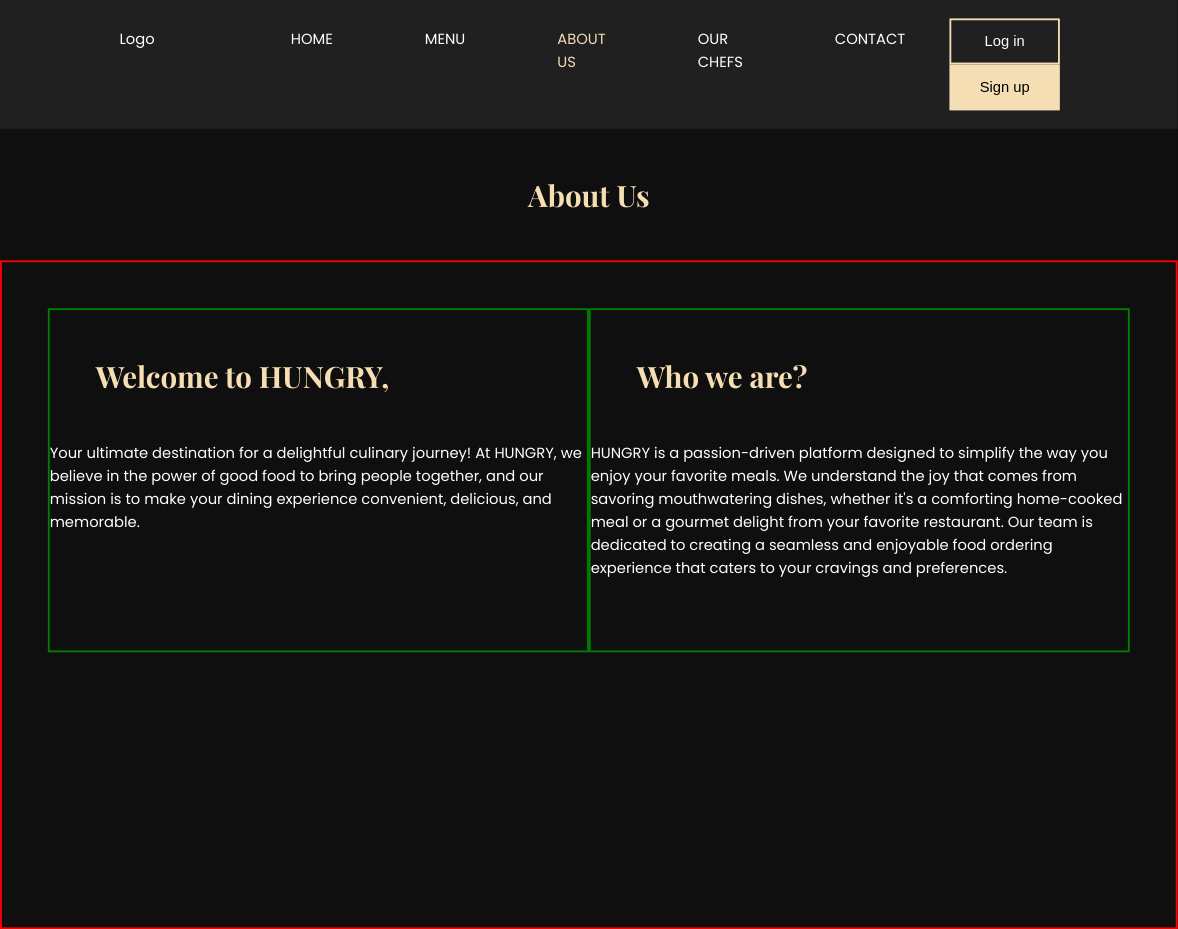
Repository: ThisIsSahaj/NSP
Page: about.html
The author's editor kept a copy of each file at every save. The page is drawn from the files as they stood at one save, then again after the next save.
The browser window is 1280 px wide. The pictures show the whole page, at 92% of full size.

Above is the page before, as saved 2023-12-26 22:16:04.

After the next save:
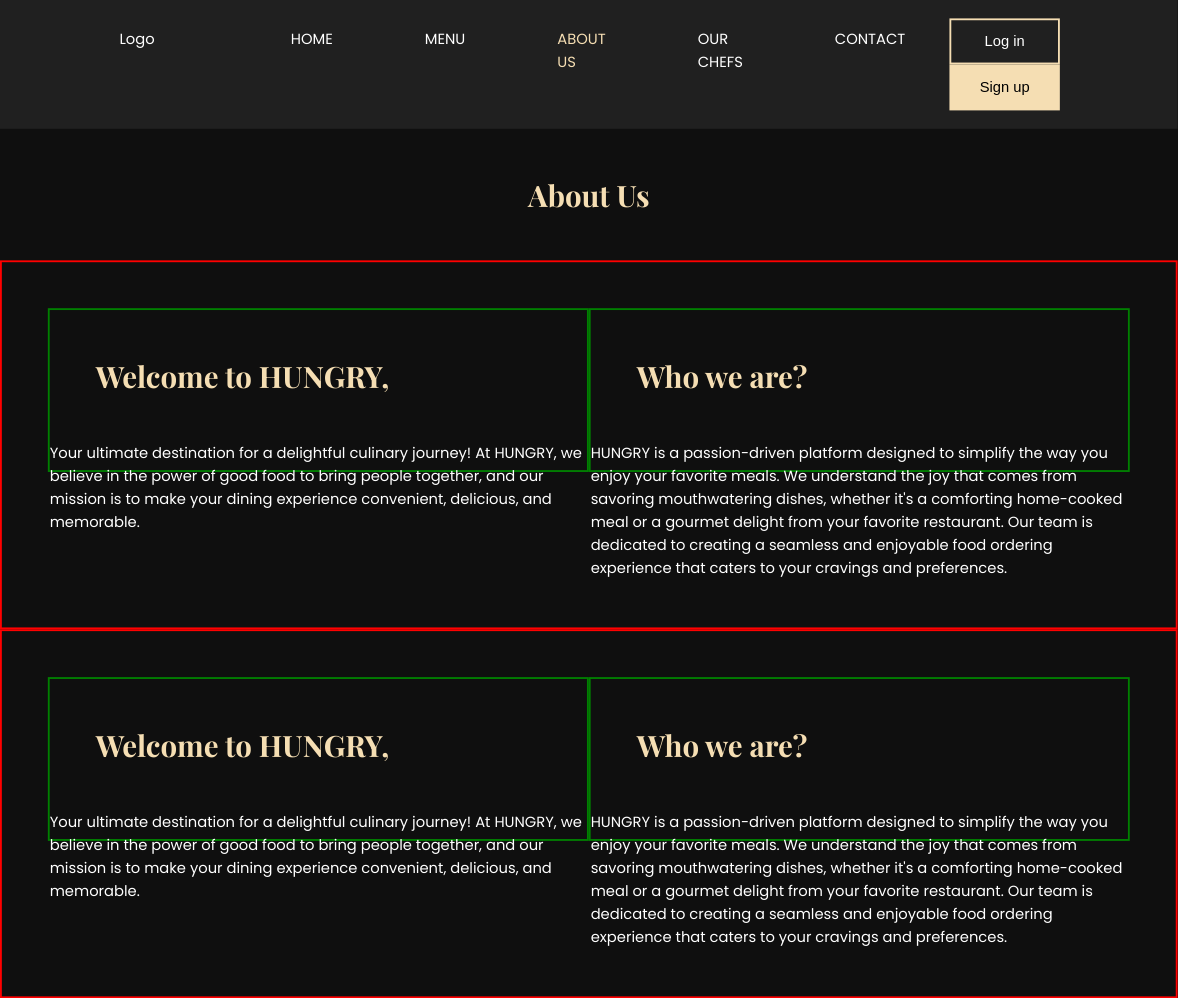
Saved 13 s later.
--- a/about.html
+++ b/about.html
@@ -44,6 +44,19 @@
             HUNGRY is a passion-driven platform designed to simplify the way you enjoy your favorite meals. We understand the joy that comes from savoring mouthwatering dishes, whether it's a comforting home-cooked meal or a gourmet delight from your favorite restaurant. Our team is dedicated to creating a seamless and enjoyable food ordering experience that caters to your cravings and preferences.</p>
        </div>
     </div>
+
+    <div class="aboutBox">
+       <div>
+        <h1 style="color: wheat;">Welcome to HUNGRY,</h1>
+        <p>Your ultimate destination for a delightful culinary journey! At HUNGRY, we believe in the power of good food to bring people together, and our mission is to make your dining experience convenient, delicious, and memorable.</p>
+       </div>
+
+       <div>
+        <h1 style="color: wheat;">Who we are?</h1>
+        <p>
+            HUNGRY is a passion-driven platform designed to simplify the way you enjoy your favorite meals. We understand the joy that comes from savoring mouthwatering dishes, whether it's a comforting home-cooked meal or a gourmet delight from your favorite restaurant. Our team is dedicated to creating a seamless and enjoyable food ordering experience that caters to your cravings and preferences.</p>
+       </div>
+    </div>
 </div>
 </body>
 </html>
